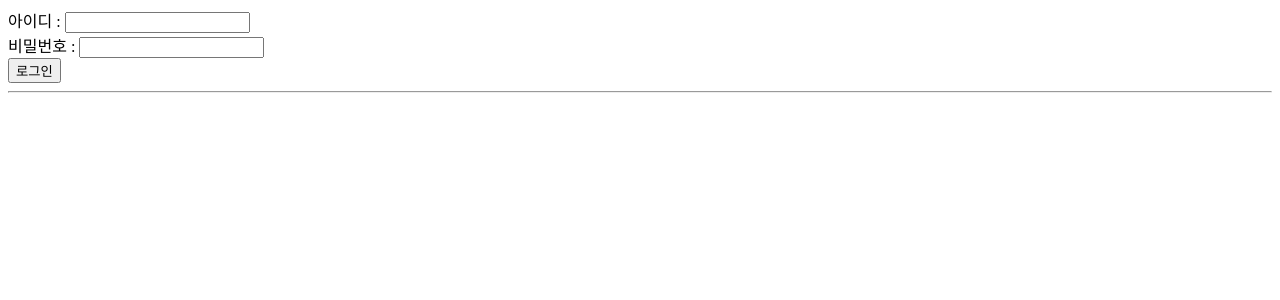
Repository: orieasy1/23-1-Programming-Study
Page: http://localhost/Jsp_DB/el_jstl/el02.jsp
These files come from the project's save history. The page is drawn as it stood at one moment and after the next save; the edit follows.
The browser window is 1280 px wide. The pictures show the whole page.
The page is served by Tomcat 9. Other server files are loaded and not shown.

Above is the page before, as saved 2023-08-26 08:53:01.

### JSPcode/Jsp_DB/src/main/webapp/el_jstl/el02.jsp
<%@ page language="java" contentType="text/html; charset=UTF-8"
    pageEncoding="UTF-8"%>
<!DOCTYPE html>
<html>
<head>
<meta charset="UTF-8">
<title>Insert title here</title>
</head>
<body>

	<form action="el02.jsp" method="post">

		아이디 : <input type="text" name="id"><br>
		비밀번호 : <input type="password" name="pw"><br>

		<input type="submit" value="로그인">

	</form>

	<hr>

	<%--
		EL 내장객체 param 객체로, 넘어오는 파라미터 값을 사용할 수 있다.
	 --%>


</body>
</html>

After the next save:
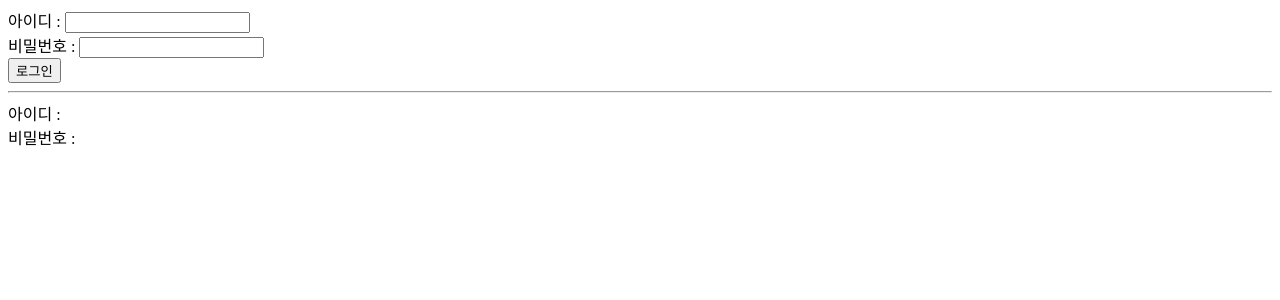
Saved 28 s later.
--- a/JSPcode/Jsp_DB/src/main/webapp/el_jstl/el02.jsp
+++ b/JSPcode/Jsp_DB/src/main/webapp/el_jstl/el02.jsp
@@ -23,6 +23,10 @@
 		EL 내장객체 param 객체로, 넘어오는 파라미터 값을 사용할 수 있다.
 	 --%>
 
+	아이디 : ${param.id }<br>
+	비밀번호 : ${param.pw }<br>
+
+
 
 </body>
 </html>
